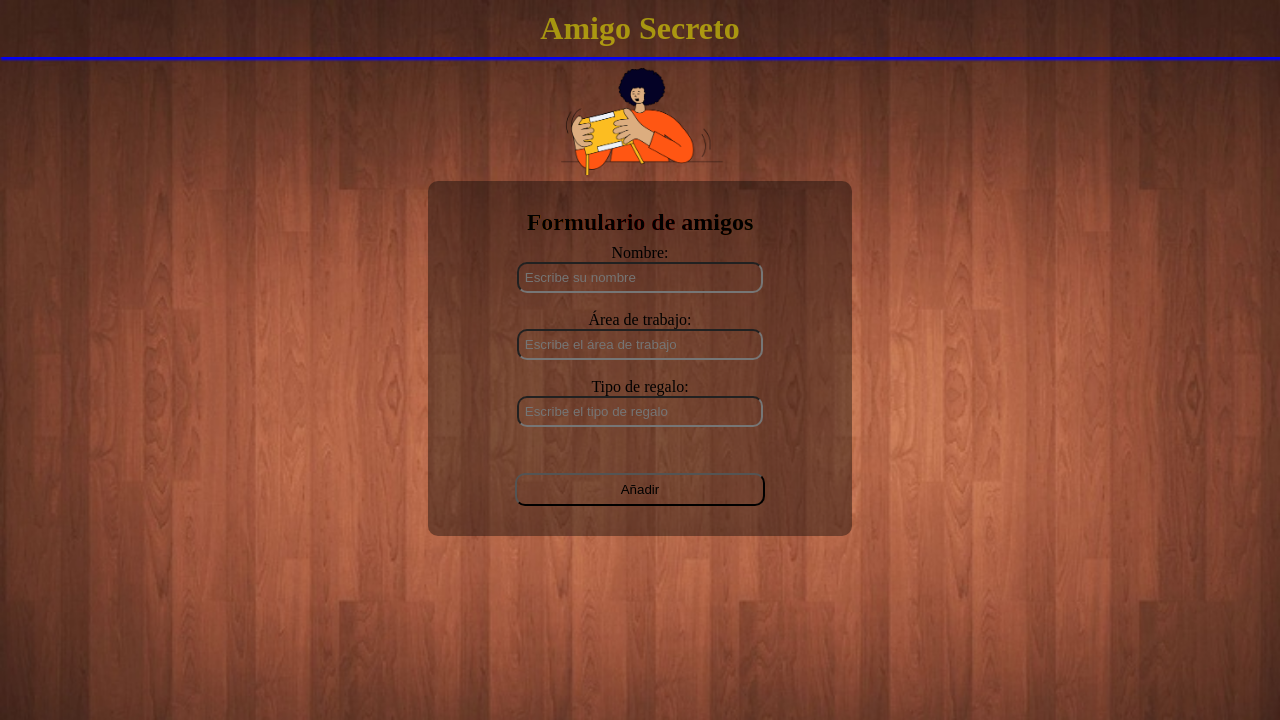
Repository: ye909/secreto
Page: index.html
These files come from the project's save history. The page is drawn as it stood at one moment and after the next save; the edit follows.
The browser window is 1280 px wide. The pictures show the whole page.

Above is the page before, as saved 2025-01-25 09:39:52.

After the next save:
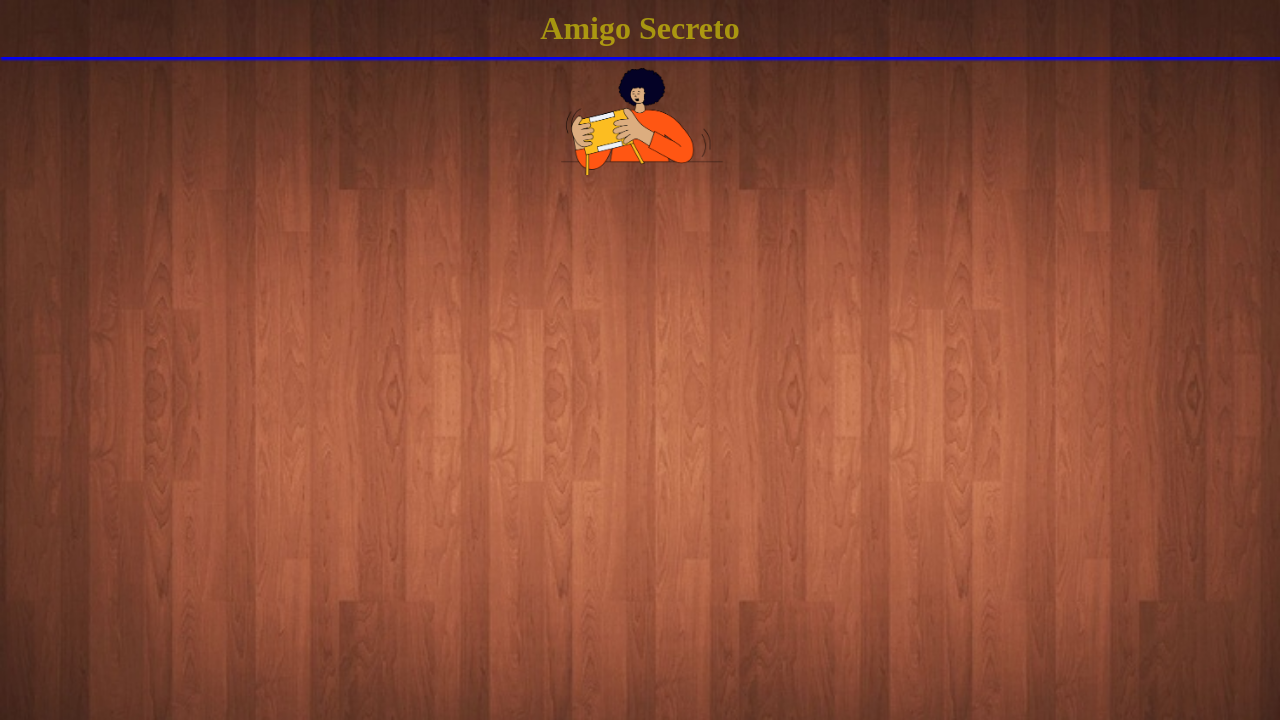
Console error: TypeError: Cannot read properties of null (reading 'addEventListener')
Saved 75 s later.
--- a/index.html
+++ b/index.html
@@ -8,13 +8,13 @@
     <link rel="stylesheet" href="./css/style.css">
 
 <body>
-     <main class="main-content" id="main-content">
+    <main class="main-content" id="main-content">
         <header class="header-banner">
             <h1 class="title">Amigo Secreto</h1>
             <img src="./imagenes/amigosecreto.png" alt="Imagen representativa de amigo secreto">
         </header>
 
-        <section class="container" id="container">
+        <!-- <section class="container" id="container">
             <h2 class="title">Formulario de amigos</h2>
 
             <form id="formularioAmigo" class="form-inputs">
@@ -26,13 +26,13 @@
 
                 <label for="tipoRegalo">Tipo de regalo:</label><br>
                 <input type="text" id="tipoRegalo" class="input-regalo" placeholder="Escribe el tipo de regalo"><br><br>
-<span id="mensaje"></span>
-<br>
+                <span id="mensaje"></span>
+                <br>
                 <button class="button-add" id="button-add">Añadir</button>
             </form>
 
 
-        </section>
+        </section> -->
 
 
 
@@ -43,21 +43,21 @@
         <button id="verResgistrados">😮 Registros amigos secreto</button>
         <br><br>
 
-        <button class="sorteo" id="sorteo" > 👉 Sorteo amigo secreto</button>
+        <button class="sorteo" id="sorteo"> 👉 Sorteo amigo secreto</button>
 
     </div>
 
 
 
     <div class="datos_amigo" id="datos_amigo">
-         <h2 id="info_datos"></h2>
+        <h2 id="info_datos"></h2>
 
     </div>
 
     <script src="./js/amigos.js"></script>
     <script src="./js/script.js"></script>
-    <script  src =" https://cdn.jsdelivr.net/npm/canvas-confetti@1.9.3/dist/confetti.browser.min.js "> </script>
-</head>
+    <script src=" https://cdn.jsdelivr.net/npm/canvas-confetti@1.9.3/dist/confetti.browser.min.js "> </script>
+    </head>
 </body>
 
 </html>
